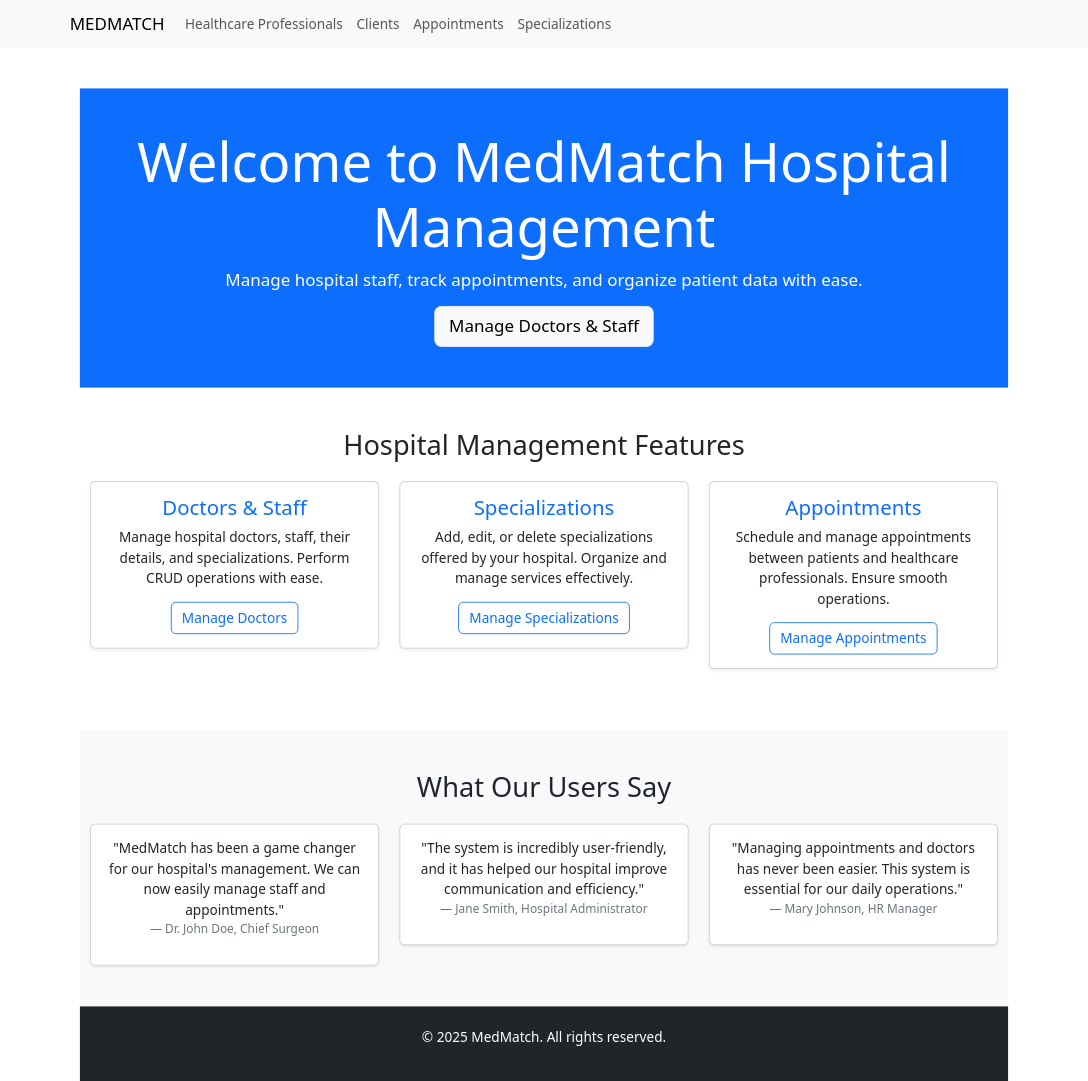
Repository: fahma20/medmatch-platform
Page: / (app in client/)
These files come from the project's save history. The page is drawn as it stood at one moment and after the next save; the edit follows.
The browser window is 1280 px wide. The pictures show the whole page, at 85% of full size.
The project was rebuilt for these pictures with package versions that can differ from the ones it lists, and the page was loaded fresh each time. Also part of the build but not shown: client/src/components/Healthcareprofessionals.js, client/src/components/Specializations.js, client/src/components/Appointments.js, client/src/components/Clients.js.

Above is the page before, as saved 2025-01-31 08:57:28.

After the next save:
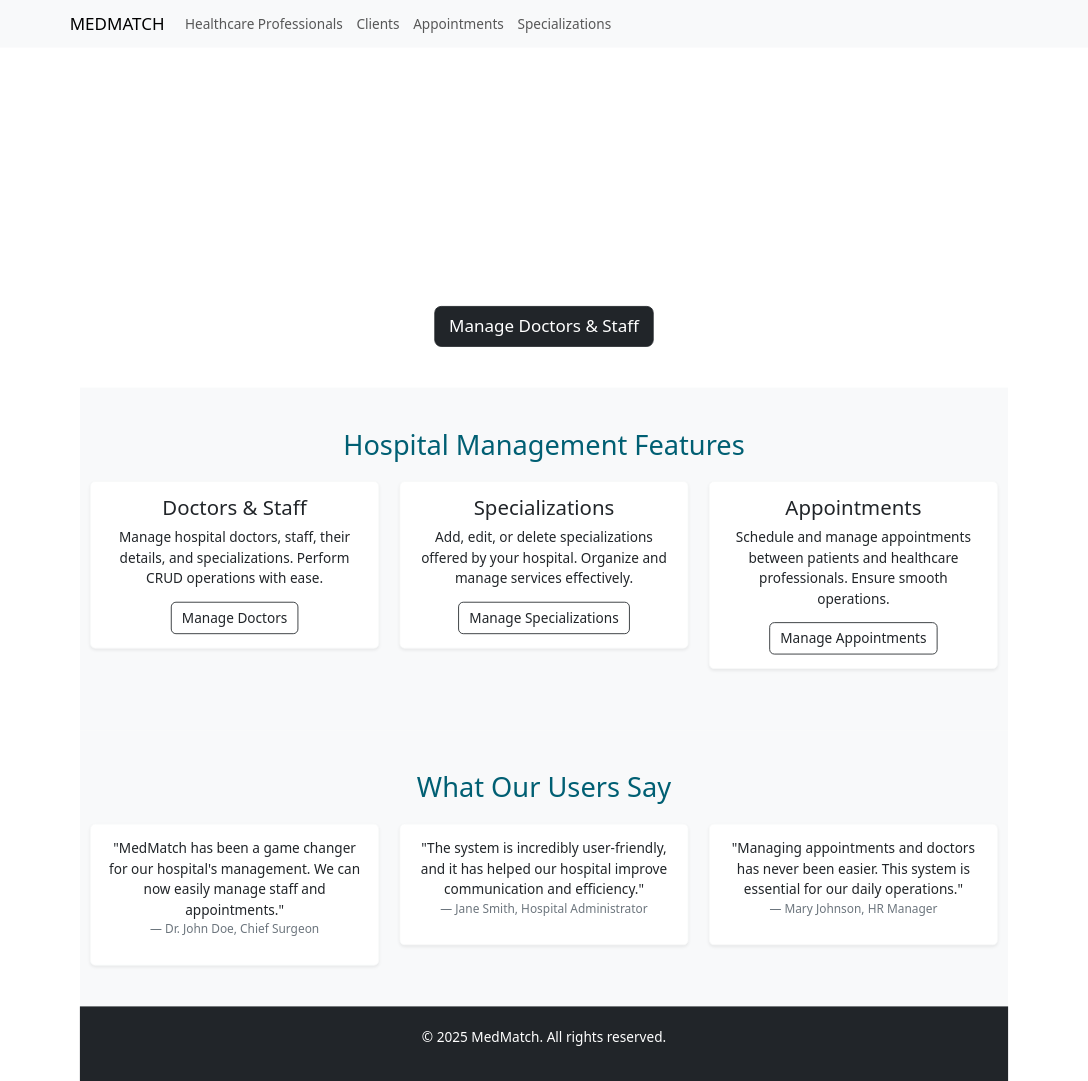
Saved 2 min 15 s later.
--- a/client/src/components/Homepage.js
+++ b/client/src/components/Homepage.js
@@ -6,48 +6,48 @@ const HomePage = () => {
   return (
     <div className="container-fluid">
       {/* Hero Section */}
-      <section className="hero bg-primary text-white py-5">
+      <section className="hero bg-lightblue text-white py-5">
         <div className="container text-center">
           <h1 className="display-3 font-weight-bold">Welcome to MedMatch Hospital Management</h1>
           <p className="lead">Manage hospital staff, track appointments, and organize patient data with ease.</p>
-          <Link to="/healthcare-professionals" className="btn btn-light btn-lg">Manage Doctors & Staff</Link>
+          <Link to="/healthcare-professionals" className="btn btn-dark btn-lg">Manage Doctors & Staff</Link>
         </div>
       </section>
 
       {/* Features Section */}
-      <section className="features py-5">
+      <section className="features py-5" style={{ backgroundColor: '#f8f9fa' }}>
         <div className="container text-center">
-          <h2 className="font-weight-bold mb-4">Hospital Management Features</h2>
+          <h2 className="font-weight-bold mb-4" style={{ color: '#005f73' }}>Hospital Management Features</h2>
           <div className="row">
             {/* Doctors & Staff Management */}
             <div className="col-lg-4 mb-4">
-              <div className="card shadow-sm">
+              <div className="card shadow-sm border-light">
                 <div className="card-body">
-                  <h4 className="card-title text-primary">Doctors & Staff</h4>
+                  <h4 className="card-title text-dark">Doctors & Staff</h4>
                   <p className="card-text">Manage hospital doctors, staff, their details, and specializations. Perform CRUD operations with ease.</p>
-                  <Link to="/healthcare-professionals" className="btn btn-outline-primary">Manage Doctors</Link>
+                  <Link to="/healthcare-professionals" className="btn btn-outline-dark">Manage Doctors</Link>
                 </div>
               </div>
             </div>
 
             {/* Specializations Management */}
             <div className="col-lg-4 mb-4">
-              <div className="card shadow-sm">
+              <div className="card shadow-sm border-light">
                 <div className="card-body">
-                  <h4 className="card-title text-primary">Specializations</h4>
+                  <h4 className="card-title text-dark">Specializations</h4>
                   <p className="card-text">Add, edit, or delete specializations offered by your hospital. Organize and manage services effectively.</p>
-                  <Link to="/specializations" className="btn btn-outline-primary">Manage Specializations</Link>
+                  <Link to="/specializations" className="btn btn-outline-dark">Manage Specializations</Link>
                 </div>
               </div>
             </div>
 
             {/* Appointments Management */}
             <div className="col-lg-4 mb-4">
-              <div className="card shadow-sm">
+              <div className="card shadow-sm border-light">
                 <div className="card-body">
-                  <h4 className="card-title text-primary">Appointments</h4>
+                  <h4 className="card-title text-dark">Appointments</h4>
                   <p className="card-text">Schedule and manage appointments between patients and healthcare professionals. Ensure smooth operations.</p>
-                  <Link to="/appointments" className="btn btn-outline-primary">Manage Appointments</Link>
+                  <Link to="/appointments" className="btn btn-outline-dark">Manage Appointments</Link>
                 </div>
               </div>
             </div>
@@ -58,10 +58,10 @@ const HomePage = () => {
       {/* Testimonials Section */}
       <section className="testimonials bg-light py-5">
         <div className="container text-center">
-          <h2 className="font-weight-bold mb-4">What Our Users Say</h2>
+          <h2 className="font-weight-bold mb-4" style={{ color: '#005f73' }}>What Our Users Say</h2>
           <div className="row">
             <div className="col-md-4">
-              <div className="card shadow-sm">
+              <div className="card shadow-sm border-light">
                 <div className="card-body">
                   <p className="card-text">"MedMatch has been a game changer for our hospital's management. We can now easily manage staff and appointments."</p>
                   <footer className="blockquote-footer">Dr. John Doe, Chief Surgeon</footer>
@@ -69,7 +69,7 @@ const HomePage = () => {
               </div>
             </div>
             <div className="col-md-4">
-              <div className="card shadow-sm">
+              <div className="card shadow-sm border-light">
                 <div className="card-body">
                   <p className="card-text">"The system is incredibly user-friendly, and it has helped our hospital improve communication and efficiency."</p>
                   <footer className="blockquote-footer">Jane Smith, Hospital Administrator</footer>
@@ -77,7 +77,7 @@ const HomePage = () => {
               </div>
             </div>
             <div className="col-md-4">
-              <div className="card shadow-sm">
+              <div className="card shadow-sm border-light">
                 <div className="card-body">
                   <p className="card-text">"Managing appointments and doctors has never been easier. This system is essential for our daily operations."</p>
                   <footer className="blockquote-footer">Mary Johnson, HR Manager</footer>
